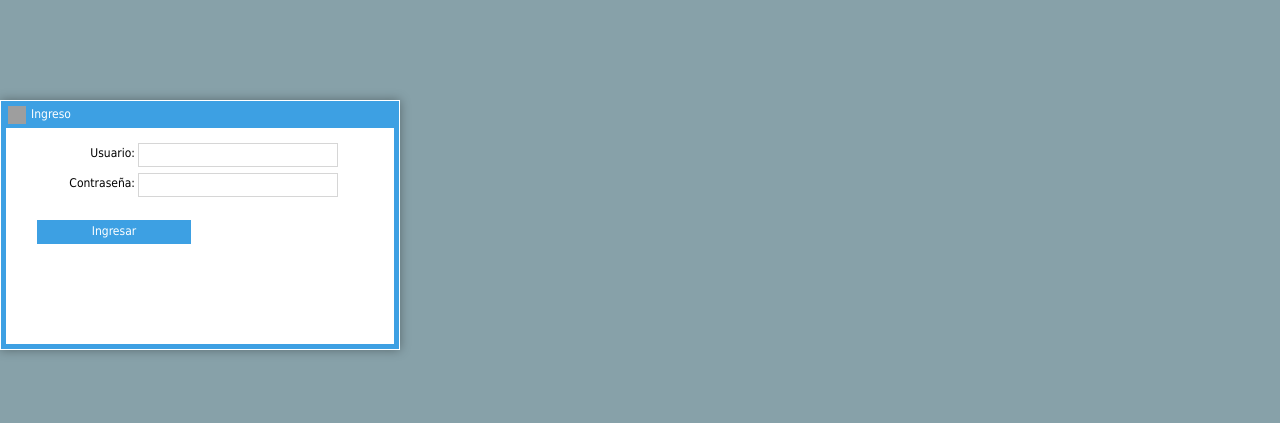
Repository: blessed-skate/InventoryControlSystem
Page: http://localhost/InventoryControlSystemPortal/jsp/login.jsp
These files come from the project's save history. The page is drawn as it stood at one moment and after the next save; the edit follows.
The browser window is 1280 px wide. The pictures show the whole page.
Pictures or frames that could not be fetched are drawn as grey boxes. The page is served by Tomcat 9. Nobody is signed in. The application's start-up code is not run. Other server files are loaded and not shown.

Above is the page before, as saved 2015-05-23 03:03:56.

### InventoryControlSystemPortal/WebContent/jsp/login.jsp
<%@ page language="java" contentType="text/html; charset=UTF-8"
	pageEncoding="UTF-8"%>
<!DOCTYPE html PUBLIC "-//W3C//DTD HTML 4.01 Transitional//EN" "http://www.w3.org/TR/html4/loose.dtd">
<html>
<head>
<meta http-equiv="Content-Type" content="text/html; charset=UTF-8">
<title>Sistema de control de Inventarios</title>

<!-- <script type="text/javascript" src="js/dhtmlx/codebase/dhtmlx.js"></script> -->
<!-- <link rel="stylesheet" type="text/css" -->
<!-- 	href="js/dhtmlx/skins/web/dhtmlx.css" /> -->

<script type="text/javascript" src="js/dhtmlx/sources/dhtmlxCommon/codebase/dhtmlxcommon.js"></script>
<script type="text/javascript" src="js/dhtmlx/sources/dhtmlxCommon/codebase/dhtmlxcontainer.js"></script>

<script type="text/javascript"
	src="js/dhtmlx/sources/dhtmlxForm/codebase/dhtmlxform.js"></script>
<link rel="stylesheet" type="text/css"
	href="js/dhtmlx/sources/dhtmlxForm/codebase/skins/dhtmlxform_dhx_web.css" />

<script type="text/javascript"
	src="js/dhtmlx/sources/dhtmlxWindows/codebase/dhtmlxwindows.js"></script>
<link rel="stylesheet" type="text/css"
	href="js/dhtmlx/sources/dhtmlxWindows/codebase/skins/dhtmlxwindows_dhx_web.css" />

<script>
	var login_form;
	var dhxWins;
	function doOnLoad() {
		dhxWins = new dhtmlXWindows();
		var login_window = dhxWins.createWindow("loginWindow", 0, 100, 400, 250);
		login_window.setText("Ingreso");
// 		login_window.centerOnScreen();
		login_window.setModal(true);
		login_window.button('park').hide();
		login_window.button('minmax').hide();
		login_window.button('close').hide();

		login_form = login_window.attachForm();
		login_form.loadStruct("xml/login_form.xml");
		login_form.attachEvent("onButtonClick", function(id){
		    if(id == "login"){
		    	document.getElementById("username").value = login_form.getItemValue("username");
		    	document.getElementById("password").value = login_form.getItemValue("password");
		    	alert("Set " + document.getElementById("username").value + document.getElementById("password").value);
		    	login_form_hidden.submit();
		    }
		});
	}
</script>
<style>

body{
	background-color: #003748;
}
</style>
</head>
<body onload="doOnLoad();">
	<form action="j_acegi_security_check" method="post" name="login_form_hidden">
		<input name="username" type="hidden" id="username" />
		<input name="password" type="hidden" id="password" />
	</form>
</body>
</html>

### InventoryControlSystemPortal/WebContent/js/dhtmlx/sources/dhtmlxWindows/codebase/skins/dhtmlxwindows_dhx_web.css
/*
Product Name: dhtmlxSuite
Version: 4.2.1
Edition: Standard
License: content of this file is covered by GPL. Usage outside GPL terms is prohibited. To obtain Commercial or Enterprise license contact sales@dhtmlx.com
Copyright UAB Dinamenta http://www.dhtmlx.com
*/

/* skin detected, extra file: skins/dhx_web.less */

.dhxwins_vp_dhx_web {
	overflow: hidden;
	position: relative;
	cursor: default;
}
.dhxwins_vp_dhx_web div.dhxwin_active {
	position: absolute;
	overflow: hidden;
	border: 0px solid white;
	box-shadow: 0px 0px 10px rgba(0,0,0,0.35);
	background: white;
	cursor: inherit;
}
.dhxwins_vp_dhx_web div.dhxwin_inactive {
	position: absolute;
	overflow: hidden;
	border: 0px solid white;
	box-shadow: 0px 0px 10px rgba(127,127,127,0.35);
	background: white;
	cursor: inherit;
}
.dhxwins_vp_dhx_web div.dhxwin_brd {
	position: absolute;
	border-left: 5px solid #3da0e3;
	border-right: 5px solid #3da0e3;
	border-bottom: 5px solid #3da0e3;
	background: #ffffff;
	z-index: 0;
}
.dhxwins_vp_dhx_web div.dhxwin_brd.dhxwin_hdr_hidden {
	border-top: 5px solid #3da0e3;
}
.dhxwins_vp_dhx_web div.dhxwin_inactive div.dhxwin_brd {
	opacity: 0.6;
	filter: progid:DXImageTransform.Microsoft.Alpha(opacity=60);
}
.dhxwins_vp_dhx_web div.dhxwin_fr_cover {
	position: absolute;
	left: 0px;
	top: 0px;
	width: 100%;
	height: 100%;
	overflow: hidden;
	background-color: white;
	z-index: 1;
	opacity: 0;
	filter: progid:DXImageTransform.Microsoft.Alpha(opacity=0);
}
.dhxwins_vp_dhx_web div.dhxwin_fr_cover .dhxwin_fr_cover_inner {
	position: absolute;
	left: 0px;
	top: 0px;
	width: 100%;
	height: 100%;
	background-color: white;
	opacity: 0;
	filter: progid:DXImageTransform.Microsoft.Alpha(opacity=0);
}
.dhxwins_vp_dhx_web div.dhxwin_active div.dhxwin_fr_cover {
	display: none;
}
.dhxwins_vp_dhx_web div.dhxwin_inactive div.dhxwin_fr_cover {
	z-index: 4;
	opacity: 0.5;
	filter: progid:DXImageTransform.Microsoft.Alpha(opacity=50);
}
.dhxwins_vp_dhx_web div.dhxwin_active div.dhxwin_fr_cover.dhxwin_fr_cover_dnd,
.dhxwins_vp_dhx_web div.dhxwin_active div.dhxwin_fr_cover.dhxwin_fr_cover_resize {
	display: block;
}
.dhxwins_vp_dhx_web iframe.dhxwin_main_fr_cover {
	position: absolute;
	background-color: white;
	opacity: 0;
	filter: progid:DXImageTransform.Microsoft.Alpha(opacity=0);
}
.dhxwins_vp_dhx_web div.dhxwin_hdr {
	position: relative;
	height: 27px;
	line-height: 27px;
	margin: 0px;
	padding: 0px;
	font-weight: normal;
	border-top: 1px solid #ffffff;
	border-left: 1px solid #ffffff;
	border-right: 1px solid #ffffff;
	background-color: #3da0e3;
	font-family: Tahoma, Helvetica;
	font-size: 12px;
	color: #ffffff;
	cursor: inherit;
	overflow: hidden;
	z-index: 3;
	-ms-touch-action: none;
}
.dhxwins_vp_dhx_web div.dhxwin_inactive div.dhxwin_hdr {
	color: #bfbfbf;
	opacity: 0.6;
	filter: progid:DXImageTransform.Microsoft.Alpha(opacity=60);
}
.dhxwins_vp_dhx_web div.dhxwin_hdr.dhxwin_hdr_parked {
	border-bottom: 1px solid #ffffff;
}
.dhxwins_vp_dhx_web div.dhxwin_hdr.dhxwin_hdr_hidden {
	visibility: hidden;
}
.dhxwins_vp_dhx_web div.dhxwin_hdr div.dhxwin_icon {
	position: absolute;
	left: 7px;
	top: 5px;
	width: 18px;
	height: 18px;
	cursor: default;
	overflow: hidden;
	background-image: url("../imgs/dhxwins_web/dhxwins_icon.gif");
	background-position: center center;
	background-repeat: no-repeat;
	cursor: inherit;
	z-index: 2;
	-webkit-user-select: none;
	-khtml-user-select: none;
	-moz-user-select: none;
	-ms-user-select: none;
	-o-user-select: none;
	user-select: none;
}
.dhxwins_vp_dhx_web div.dhxwin_inactive div.dhxwin_hdr div.dhxwin_icon {
	opacity: 0.6;
	filter: progid:DXImageTransform.Microsoft.Alpha(opacity=60);
}
.dhxwins_vp_dhx_web div.dhxwin_hdr div.dhxwin_text {
	position: relative;
	padding: 0px;
	margin: 0px;
	overflow: hidden;
	white-space: nowrap;
	-webkit-user-select: none;
	-khtml-user-select: none;
	-moz-user-select: none;
	-ms-user-select: none;
	-o-user-select: none;
	user-select: none;
	cursor: inherit;
	z-index: 1;
}
.dhxwins_vp_dhx_web div.dhxwin_hdr div.dhxwin_text div.dhxwin_text_inside {
	overflow: hidden;
	white-space: nowrap;
	text-overflow: ellipsis;
	width: 100%;
}
.dhxwins_vp_dhx_web div.dhxwin_hdr div.dhxwin_btns {
	position: absolute;
	right: 7px;
	top: 4px;
	height: 18px;
	cursor: default;
	overflow: hidden;
	cursor: inherit;
	z-index: 2;
	-webkit-user-select: none;
	-khtml-user-select: none;
	-moz-user-select: none;
	-ms-user-select: none;
	-o-user-select: none;
	user-select: none;
}
.dhxwins_vp_dhx_web div.dhxwin_inactive div.dhxwin_hdr div.dhxwin_btns {
	opacity: 0.5;
	filter: progid:DXImageTransform.Microsoft.Alpha(opacity=50);
}
.dhxwins_vp_dhx_web div.dhxwin_hdr div.dhxwin_btns div.dhxwin_button,
.dhxwins_vp_dhx_web div.dhxwin_hdr div.dhxwin_btns div.dhxwin_button_dis {
	position: relative;
	float: left;
	width: 15px;
	height: 15px;
	margin-left: 2px;
	margin-top: 3px;
	-webkit-user-select: none;
	-khtml-user-select: none;
	-moz-user-select: none;
	-ms-user-select: none;
	-o-user-select: none;
	user-select: none;
	background-image: url("../imgs/dhxwins_web/dhxwins_buttons.gif");
	background-repeat: no-repeat;
	background-position: 0px 0px;
}
.dhxwins_vp_dhx_web div.dhxwin_active div.dhxwin_hdr div.dhxwin_btns div.dhxwin_button:hover {
	background-color: #2a8ed2;
}
.dhxwins_vp_dhx_web div.dhxwin_hdr div.dhxwin_btns div.dhxwin_button.dhxwin_button_close {
	background-position: -15px 0px;
}
.dhxwins_vp_dhx_web div.dhxwin_hdr div.dhxwin_btns div.dhxwin_button_dis.dhxwin_button_close_dis {
	background-position: -15px -15px;
}
.dhxwins_vp_dhx_web div.dhxwin_hdr div.dhxwin_btns div.dhxwin_button.dhxwin_button_minmax {
	background-position: -30px 0px;
}
.dhxwins_vp_dhx_web div.dhxwin_hdr div.dhxwin_btns div.dhxwin_button_dis.dhxwin_button_minmax_dis {
	background-position: -30px -15px;
}
.dhxwins_vp_dhx_web div.dhxwin_hdr div.dhxwin_btns div.dhxwin_button.dhxwin_button_minmaxed {
	background-position: -45px 0px;
}
.dhxwins_vp_dhx_web div.dhxwin_hdr div.dhxwin_btns div.dhxwin_button_dis.dhxwin_button_minmaxed_dis {
	background-position: -45px -15px;
}
.dhxwins_vp_dhx_web div.dhxwin_hdr div.dhxwin_btns div.dhxwin_button.dhxwin_button_park {
	background-position: -60px 0px;
}
.dhxwins_vp_dhx_web div.dhxwin_hdr div.dhxwin_btns div.dhxwin_button_dis.dhxwin_button_park_dis {
	background-position: -60px -15px;
}
.dhxwins_vp_dhx_web div.dhxwin_hdr div.dhxwin_btns div.dhxwin_button.dhxwin_button_stick {
	background-position: -75px 0px;
}
.dhxwins_vp_dhx_web div.dhxwin_hdr div.dhxwin_btns div.dhxwin_button_dis.dhxwin_button_stick_dis {
	background-position: -75px -15px;
}
.dhxwins_vp_dhx_web div.dhxwin_hdr div.dhxwin_btns div.dhxwin_button.dhxwin_button_sticked {
	background-position: -90px 0px;
	z-index: 1;
}
.dhxwins_vp_dhx_web div.dhxwin_hdr div.dhxwin_btns div.dhxwin_button_dis.dhxwin_button_sticked_dis {
	background-position: -90px -15px;
}
.dhxwins_vp_dhx_web div.dhxwin_hdr div.dhxwin_btns div.dhxwin_button.dhxwin_button_help {
	background-position: -105px 0px;
}
.dhxwins_vp_dhx_web div.dhxwin_hdr div.dhxwin_btns div.dhxwin_button_dis.dhxwin_button_help_dis {
	background-position: -105px -15px;
}
.dhxwins_vp_dhx_web div.dhxwin_hdr div.dhxwin_btns div.dhxwin_button.dhxwin_button_dock {
	background-position: -120px 0px;
}
.dhxwins_vp_dhx_web div.dhxwin_hdr div.dhxwin_btns div.dhxwin_button_dis.dhxwin_button_dock_dis {
	background-position: -120px -15px;
}
.dhxwins_vp_dhx_web.dhxwins_vp_dnd {
	cursor: move !important;
}
.dhxwins_vp_dhx_web div.dhxwin_resize {
	position: absolute;
	background-color: #3da0e3;
	opacity: 0.2;
	filter: progid:DXImageTransform.Microsoft.Alpha(opacity=20);
}
.dhxwins_vp_dhx_web iframe.dhxwin_resize_fr_cover {
	position: absolute;
	background-color: #ffffff;
	opacity: 0;
	filter: progid:DXImageTransform.Microsoft.Alpha(opacity=0);
}
.dhxwins_vp_dhx_web div.dhxwins_mcover {
	position: absolute;
	background-color: white;
	left: 0px;
	top: 0px;
	width: 100%;
	height: 100%;
	opacity: 0.53;
	filter: progid:DXImageTransform.Microsoft.Alpha(opacity=53);
}
.dhxwins_vp_dhx_web iframe.dhxwins_mcover {
	position: absolute;
	background-color: #ffffff;
	left: 0px;
	top: 0px;
	width: 100%;
	height: 100%;
	opacity: 0;
	filter: progid:DXImageTransform.Microsoft.Alpha(opacity=0);
}
.dhxwins_vp_dhx_web div.dhxwin_active div.dhx_cell_wins,
.dhxwins_vp_dhx_web div.dhxwin_inactive div.dhx_cell_wins {
	position: absolute;
	background-color: #ffffff;
	margin: 0px;
	padding: 0px;
	overflow: hidden;
	cursor: default;
	visibility: visible;
	z-index: 1;
	opacity: 1;
	filter: progid:DXImageTransform.Microsoft.Alpha(opacity=100);
}
.dhxwins_vp_dhx_web div.dhxwin_active div.dhx_cell_wins div.dhx_cell_cover,
.dhxwins_vp_dhx_web div.dhxwin_inactive div.dhx_cell_wins div.dhx_cell_cover {
	position: absolute;
	left: 0px;
	top: 0px;
	width: 100%;
	height: 100%;
	margin: 0px;
	padding: 0px;
	font-size: 1px;
	background-color: white;
	overflow: hidden;
	z-index: 1;
	opacity: 0;
	filter: progid:DXImageTransform.Microsoft.Alpha(opacity=0);
}
.dhxwins_vp_dhx_web div.dhxwin_active div.dhx_cell_wins div.dhx_cell_cont_wins,
.dhxwins_vp_dhx_web div.dhxwin_inactive div.dhx_cell_wins div.dhx_cell_cont_wins {
	position: absolute;
	border: 9px solid #ffffff;
	background-color: #ffffff;
	overflow: hidden;
	z-index: 0;
}
.dhxwins_vp_dhx_web div.dhxwin_active div.dhx_cell_wins div.dhx_cell_cont_wins.dhx_cell_cont_no_borders,
.dhxwins_vp_dhx_web div.dhxwin_inactive div.dhx_cell_wins div.dhx_cell_cont_wins.dhx_cell_cont_no_borders {
	border: 0px solid #ffffff !important;
}
.dhxwins_vp_dhx_web div.dhxwin_active div.dhx_cell_wins div.dhx_cell_menu_def,
.dhxwins_vp_dhx_web div.dhxwin_inactive div.dhx_cell_wins div.dhx_cell_menu_def {
	position: relative;
	overflow: hidden;
	padding: 9px 9px 0px 9px;
}
.dhxwins_vp_dhx_web div.dhxwin_active div.dhx_cell_wins div.dhx_cell_toolbar_def,
.dhxwins_vp_dhx_web div.dhxwin_inactive div.dhx_cell_wins div.dhx_cell_toolbar_def {
	position: relative;
	overflow: hidden;
	padding: 9px 9px 0px 9px;
	border-width: 0px;
}
.dhxwins_vp_dhx_web div.dhxwin_active div.dhx_cell_wins div.dhx_cell_ribbon_def,
.dhxwins_vp_dhx_web div.dhxwin_inactive div.dhx_cell_wins div.dhx_cell_ribbon_def {
	padding: 9px 9px 0px 9px;
}
.dhxwins_vp_dhx_web div.dhxwin_active div.dhx_cell_wins div.dhtmlxribbon_dhx_web.dhxrb_without_tabbar,
.dhxwins_vp_dhx_web div.dhxwin_inactive div.dhx_cell_wins div.dhtmlxribbon_dhx_web.dhxrb_without_tabbar {
	border: 0px solid #ffffff;
	margin-left: -4px;
	margin-top: -4px;
	width: auto;
}
.dhxwins_vp_dhx_web div.dhxwin_active div.dhx_cell_wins div.dhx_cell_statusbar_def,
.dhxwins_vp_dhx_web div.dhxwin_inactive div.dhx_cell_wins div.dhx_cell_statusbar_def {
	position: absolute;
	bottom: 0px;
	width: 100%;
	font-family: Tahoma, Helvetica;
	font-size: 12px;
	color: #000000;
}
.dhxwins_vp_dhx_web div.dhxwin_active div.dhx_cell_wins div.dhx_cell_statusbar_def div.dhx_cell_statusbar_text,
.dhxwins_vp_dhx_web div.dhxwin_inactive div.dhx_cell_wins div.dhx_cell_statusbar_def div.dhx_cell_statusbar_text {
	position: relative;
	margin: 0px 9px 9px 9px;
	padding: 5px 12px;
	background-color: #f4f4f4;
	white-space: nowrap;
	overflow: hidden;
}
.dhxwins_vp_dhx_web div.dhx_cell_wins div.dhx_cell_progress_bar {
	position: absolute;
	left: 0px;
	top: 0px;
	width: 100%;
	height: 100%;
	background-color: #ffffff;
	z-index: 1;
	opacity: 0.75;
	filter: progid:DXImageTransform.Microsoft.Alpha(opacity=75);
}
.dhxwins_vp_dhx_web div.dhx_cell_wins div.dhx_cell_progress_img {
	position: absolute;
	left: 0px;
	top: 0px;
	width: 100%;
	height: 100%;
	background-image: url("../imgs/dhxwins_web/dhxwins_progress.gif");
	background-position: center center;
	background-repeat: no-repeat;
	z-index: 2;
}
.dhxwins_skin_detect {
	position: absolute;
	left: 0px;
	top: -100px;
	margin: 0;
	padding: 0;
	border: 0px solid white;
	width: 20px;
	height: 10px;
	overflow: hidden;
}
div.dhxwins_vp_dhx_web.dhxwins_vp_fs {
	position: absolute;
	left: 0px;
	top: 0px;
	width: 100%;
	height: 100%;
	overflow: hidden;
}

### InventoryControlSystemPortal/WebContent/xml/login_form.xml
<?xml version="1.0" encoding="UTF-8"?>
<items>
	<item type="settings" position="label-left" labelWidth="100" labelAlign="right" offsetLeft="20"
		inputWidth="200" />
<!-- 	<item type="fieldset" name="data" inputWidth="500" label="Acceso"> -->
<!-- 		<item type="radio" name="type" labelWidth="auto" position="label-right" -->
			checked="true" label="Already have account">
			<item type="input" value="" label="Usuario: " name="username" />
			<item type="password" value="" label="Contraseña: " name="password" />
<!-- 			<item type="checkbox" checked="false" label="Recordarme" /> -->
<!-- 		</item> -->
		<item type="label" label="" name="error" labelWidth="450" className="error"/>
		<item type="newcolumn" offset="0"/>
		<item type="button" name="login" value="Ingresar" width="120"/>
<!-- 	</item> -->
</items>

Loaded but not shown: InventoryControlSystemPortal/WebContent/js/dhtmlx/sources/dhtmlxForm/codebase/dhtmlxform.js (3403 lines, source omitted); InventoryControlSystemPortal/WebContent/js/dhtmlx/sources/dhtmlxCommon/codebase/dhtmlxcontainer.js (1745 lines, source omitted); InventoryControlSystemPortal/WebContent/js/dhtmlx/sources/dhtmlxWindows/codebase/dhtmlxwindows.js (1728 lines, source omitted); InventoryControlSystemPortal/WebContent/js/dhtmlx/sources/dhtmlxCommon/codebase/dhtmlxcommon.js (1416 lines, source omitted); InventoryControlSystemPortal/WebContent/js/dhtmlx/sources/dhtmlxForm/codebase/skins/dhtmlxform_dhx_web.css (676 lines, source omitted)

After the next save:
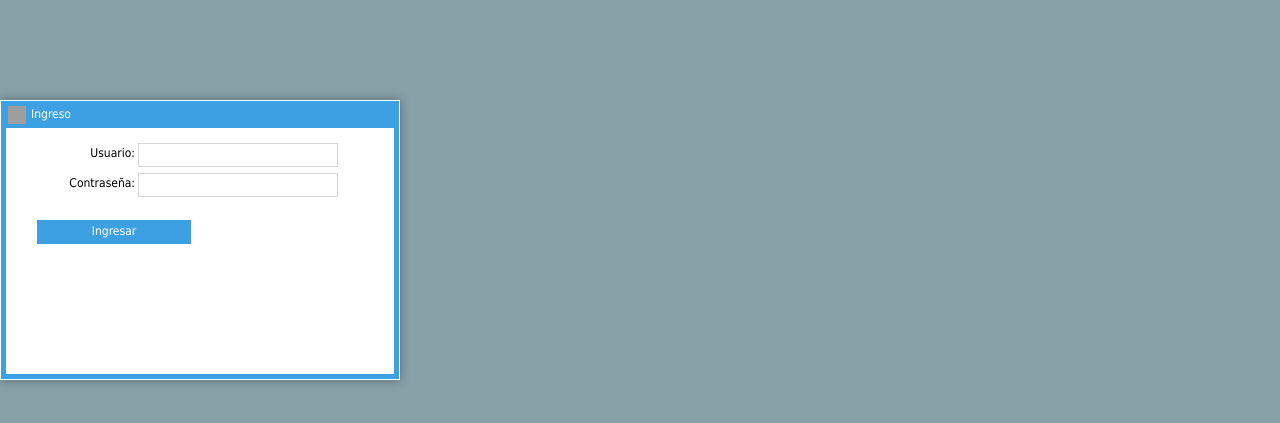
Saved 4 min 32 s later.
--- a/InventoryControlSystemPortal/WebContent/jsp/login.jsp
+++ b/InventoryControlSystemPortal/WebContent/jsp/login.jsp
@@ -28,7 +28,7 @@
 	var dhxWins;
 	function doOnLoad() {
 		dhxWins = new dhtmlXWindows();
-		var login_window = dhxWins.createWindow("loginWindow", 0, 100, 400, 250);
+		var login_window = dhxWins.createWindow("loginWindow", 0, 100, 400, 280);
 		login_window.setText("Ingreso");
 // 		login_window.centerOnScreen();
 		login_window.setModal(true);
